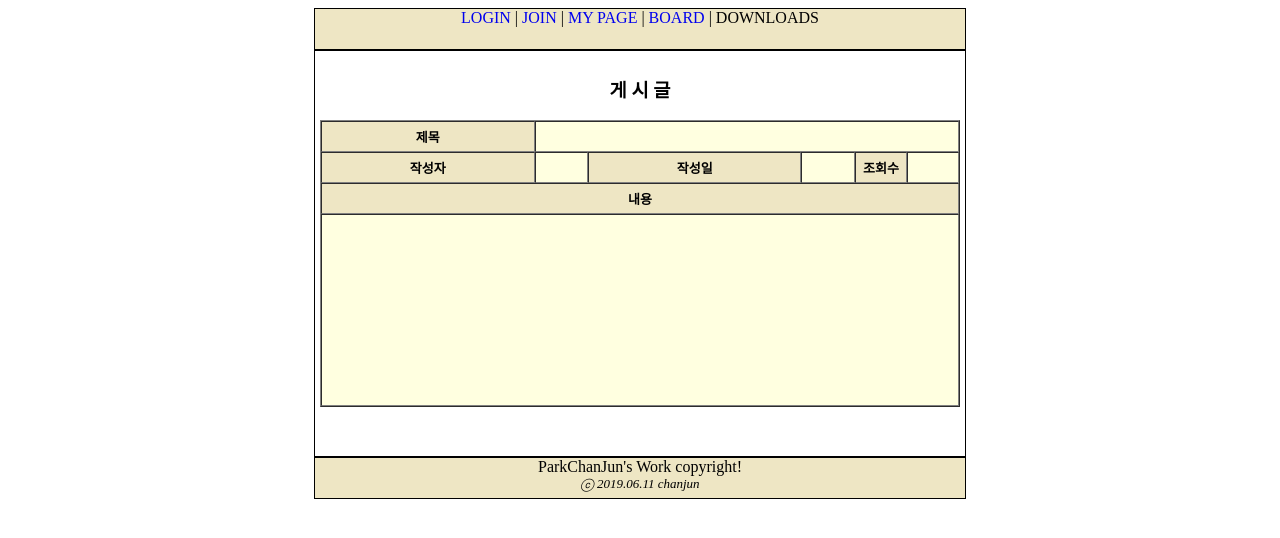
Repository: slolee/Spring-Board
Page: http://localhost/spring_project/WEB-INF/views/board/contentView.jsp
The author's editor kept a copy of each file at every save. The page is drawn from the files as they stood at one save, then again after the next save.
The browser window is 1280 px wide. The pictures show the whole page.
The page is served by Tomcat 9. Nobody is signed in. The template is opened directly, without the code that normally fills it, so the values that code supplies are empty.

Above is the page before, as saved 2019-06-17 02:17:45.

After the next save:
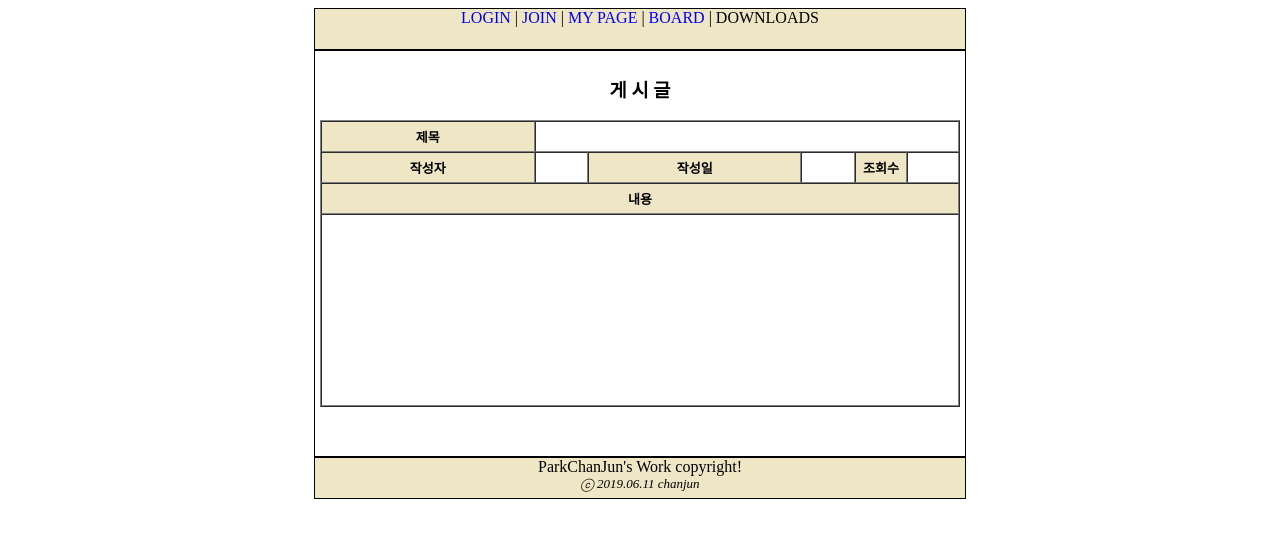
Saved 41 s later.
--- a/spring_project/src/main/webapp/WEB-INF/views/layout/header.jsp
+++ b/spring_project/src/main/webapp/WEB-INF/views/layout/header.jsp
@@ -38,6 +38,10 @@
 			background-color: #EEE6C4;
 		}
 
+		td{
+			background-color: #FFFFFF;
+		}
+
 	</style>
 </head>
 <body>
